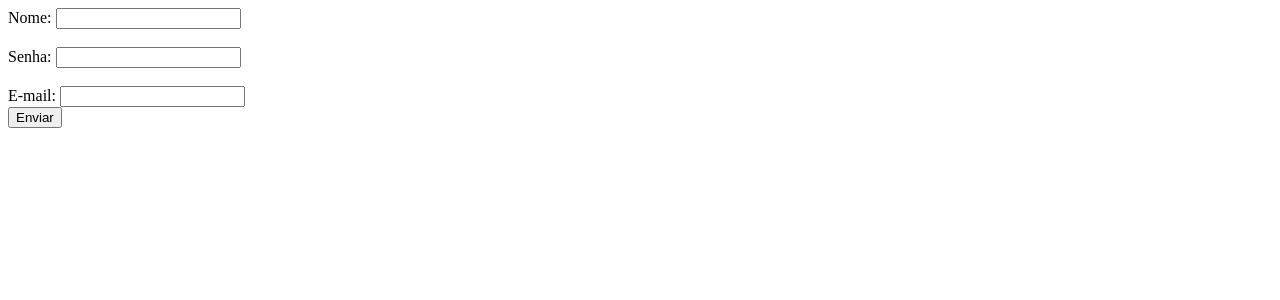
Repository: diegosena7/EstudosJSP
Page: http://localhost/UsandoTagSetpropertyGetproperty/
These files come from the project's save history. The page is drawn as it stood at one moment and after the next save; the edit follows.
The browser window is 1280 px wide. The pictures show the whole page.
The page is served by Tomcat 9. Other server files are loaded and not shown.

Above is the page before, as saved 2021-07-03 19:51:50.

### UsandoTagSetpropertyGetproperty/WebContent/index.jsp
<%@ page language="java" contentType="text/html; charset=ISO-8859-1"
    pageEncoding="ISO-8859-1"%>
<!DOCTYPE html>
<html>
<head>
<meta charset="ISO-8859-1">
<title>Formulário</title>
</head>
<body>
	<form action="usuario.jsp" method = "post">
		Nome: <input type="text" name="nome"><br><br>
		Senha: <input type="password" name="senha"><br><br>
		E-mail: <input type="text" name="email"><br>
		<input type="submit" value="Enviar"><br><br>
	</form>
</body>
</html>

After the next save:
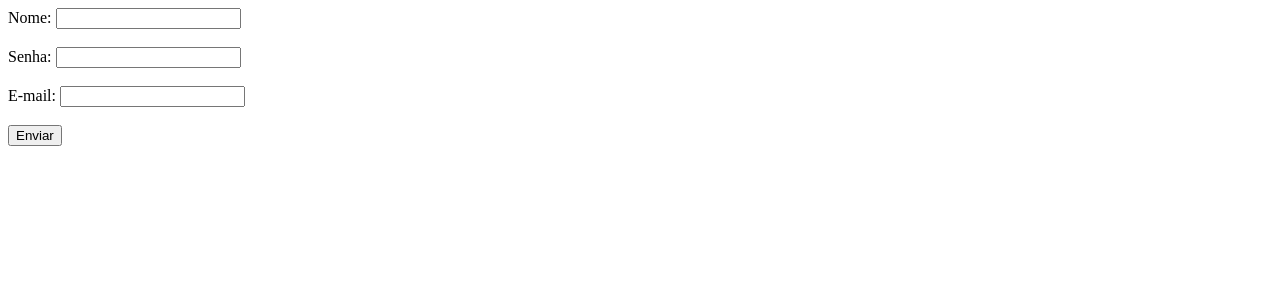
Saved 10 s later.
--- a/UsandoTagSetpropertyGetproperty/WebContent/index.jsp
+++ b/UsandoTagSetpropertyGetproperty/WebContent/index.jsp
@@ -10,8 +10,8 @@
 	<form action="usuario.jsp" method = "post">
 		Nome: <input type="text" name="nome"><br><br>
 		Senha: <input type="password" name="senha"><br><br>
-		E-mail: <input type="text" name="email"><br>
-		<input type="submit" value="Enviar"><br><br>
+		E-mail: <input type="text" name="email"><br><br>
+		<input type="submit" value="Enviar">
 	</form>
 </body>
 </html>
